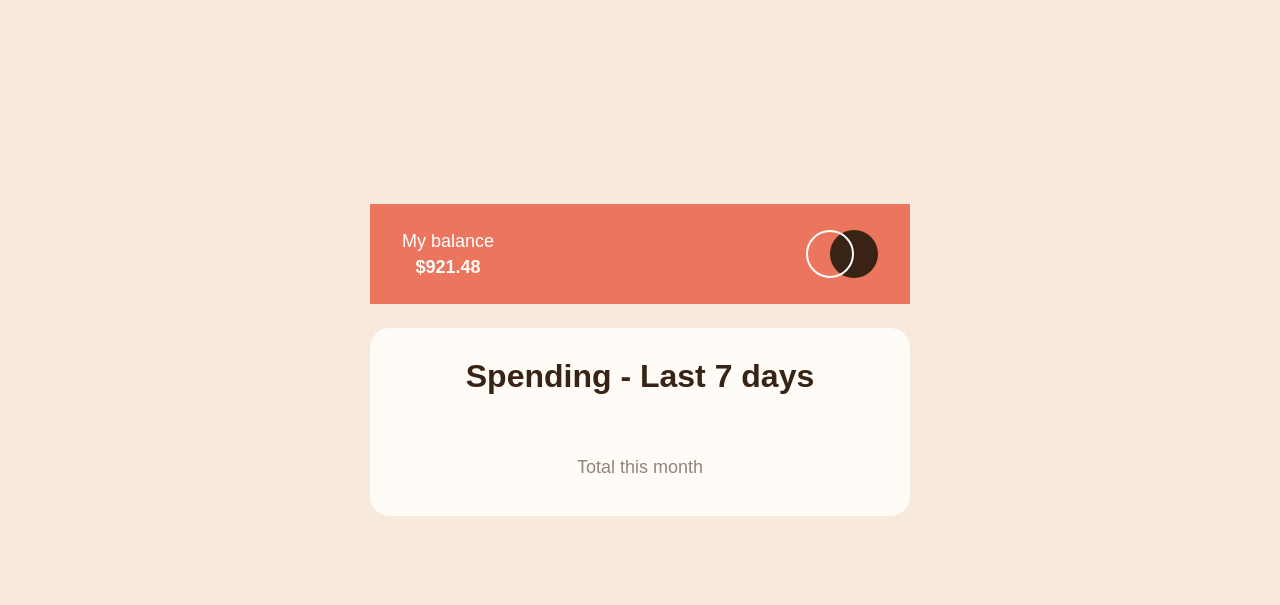
Repository: usmanov16/6-oy-2-dars-
Page: /
The author's editor kept a copy of each file at every save. The page is drawn from the files as they stood at one save, then again after a run of saves.
The browser window is 1280 px wide. The pictures show the whole page.
The project was rebuilt for these pictures with package versions that can differ from the ones it lists, and the page was loaded fresh each time. Also part of the build but not shown: vite.config.js.

Above is the page before, as saved 2025-08-28 14:11:46.

### index.html
<!doctype html>
<html lang="en">
  <head>
    <meta charset="UTF-8" />
    <link rel="icon" type="image/svg+xml" href="/vite.svg" />
    <meta name="viewport" content="width=device-width, initial-scale=1.0" />
    <title>Vite + React</title>
    <link rel="stylesheet" href="./src/index.css">
  </head>
  <body>
    <div id="root"></div>
    <script type="module" src="/src/main.jsx"></script>
  </body>
</html>

### src/index.css
@import "tailwindcss";

@theme {
  --color-red: #ec755d;
  --color-cream: #f8e9dd;
  --color-card-white: #fffbf6;
  --color-white: #ffffff;
  --color-cyan: #76b5bc;
  --color-medium-brown: #92857a;
  --color-dark-brown: #382314;

  /* font */
  --default-font-family: "DM Sans Variable", sans-serif;
}

@layer base {
  body {
    @apply text-lg text-medium-brown font-normal leading-[1] bg-cream flex items-center justify-center min-h-screen;
  }
}

@layer components {
  .chart-item span {
    display: none;
  }

  .chart-item:hover span {
    display: block;
  }
}

### src/main.jsx

import "./index.css";
// Supports weights 100-900
import '@fontsource-variable/dm-sans';
import { createRoot } from "react-dom/client";
import App from "./App";

createRoot(document.getElementById("root")).render(<App />);

### src/App.jsx

import './App.css'
import React from 'react'
import Card from './components/Card'

function App() {
  return (
    <div>
      <Card/>

    </div>
  )
}

export default App

### src/components/Card.jsx

import React from 'react'
import CardTop from './CardTop'
import CardBottom from './CardBottom'

function Card() {
  return (
    <div className='w-[540px] flex flex-col  gap-6'>
        <CardTop/>
        <CardBottom/>
    </div>
  )
}

export default Card

### src/components/CardTop.jsx
import React from 'react'

function CardTop() {
  return (
    <div className='flex items-center justify-between px-8 py-6.5 bg-red rounded[1.25rem]'>
        <div className='flex flex-col gap-2'>
            <span className='text-white'>My balance</span>
            <span className='font-bold text-card-white text[2rem]'>$921.48</span>
        </div>
        <img src="./rounded.svg" alt="" width={72} height={48} />
    </div>
  )
}

export default CardTop

### src/components/CardBottom.jsx
import React from 'react'

const chartData = [
  {
    id: 1,
    weekdays: "mo",
    value: 56
  },
  {
    id: 2,
    weekdays: "tu",
    value: 40
  },
  {
    id: 3,
    weekdays: "we",
    value: 44
  },
  {
    id: 4,
    weekdays: "th",
    value: 81
  },
  {
    id: 5,
    weekdays: "fr",
    value: 76
  },
  {
    id: 6,
    weekdays: "sa",
    value: 15
  },
  {
    id: 7,
    weekdays: "su",
    value: 11
  }

]

function CardBottom() {
  const [maxChart] = [...chartData].sort((a, b) => {
    return b.value - a.value
  })

  function chartHeight(h) {
    let {value} = maxChart;
    let height = 150

    return `${((h*100) / value).toFixed(1)}% `
    // return "h-[150px]"
  }

  return (
    <div className='bg-card-white pt-8 p-10 rounded-[1.25rem]'>
      <h1 className='text-dark-brown font-bold text-[2rem] mb-[66px] '>Spending - Last 7 days</h1>
      <ul className=' w-full flex justify-between gap-2 '>
        {chartData.map((ch) => {
          <li className='w-[3.125rem] text-center flex flex-col gap-2' key={ch.id}>

            <div className='h-[150px] flex items-end relative'>

              <div style={{height: chartHeight(ch.value)}}
               className={`chart-item rounded-[5px] w-full ${
                ch.value == maxChart.value ? "bg-cyan" : "bg-red"
              } relative ` }>
                <span className='absolute -top-2 left-[50%] -translate-x-[50%] -translate-y-[100%]'>${ch.value}</span>
              </div>
            </div>
            <span className='w-full'>{ch.weekdays}</span>
          </li>
        })}
      </ul>
      <span className='w-[460px] h-0.5 bg-card-white'></span>
      <div>
      <span className="text-medium-brown font-normal leading-[1]">Total this month</span>
      <span className='text-dark-brown text- '></span>
      </div>
    </div>
  )
}

export default CardBottom

Loaded but not shown: src/App.css (common file)

After the next 3 saves:
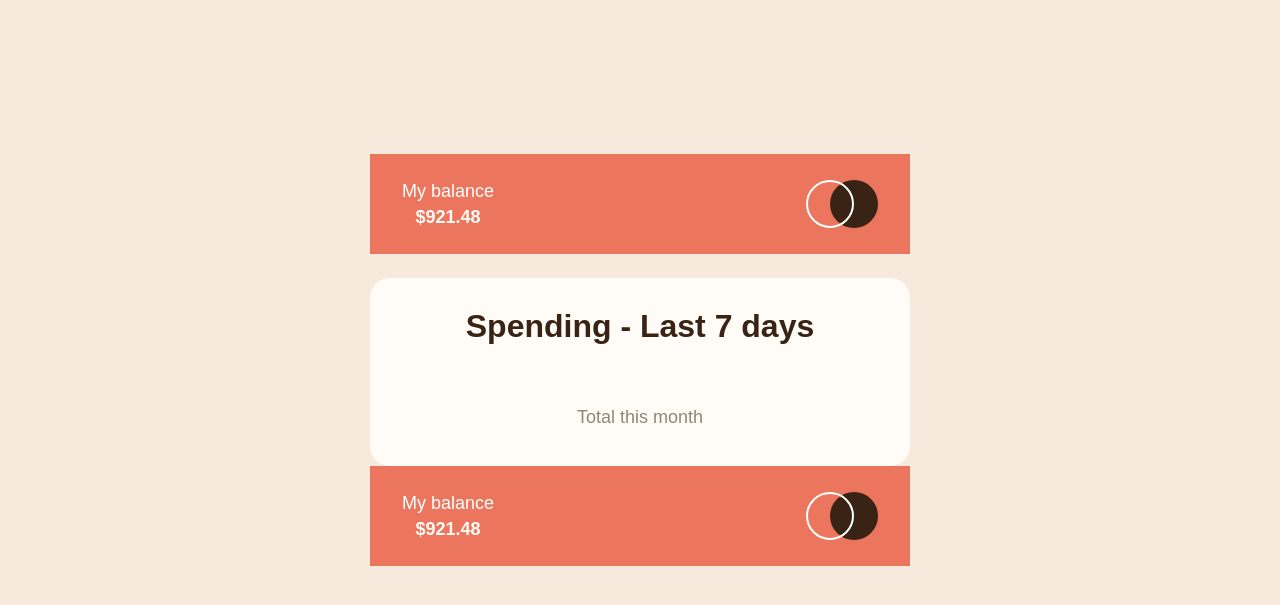
The 3 saves are shown as one change because 1 did not build or start and some came seconds apart.
The last was saved 3 min 7 s later.
--- a/src/App.jsx
+++ b/src/App.jsx
@@ -2,12 +2,13 @@
 import './App.css'
 import React from 'react'
 import Card from './components/Card'
+import CardTop from './components/CardTop'
 
 function App() {
   return (
     <div>
       <Card/>
-
+      <CardTop/>
     </div>
   )
 }
